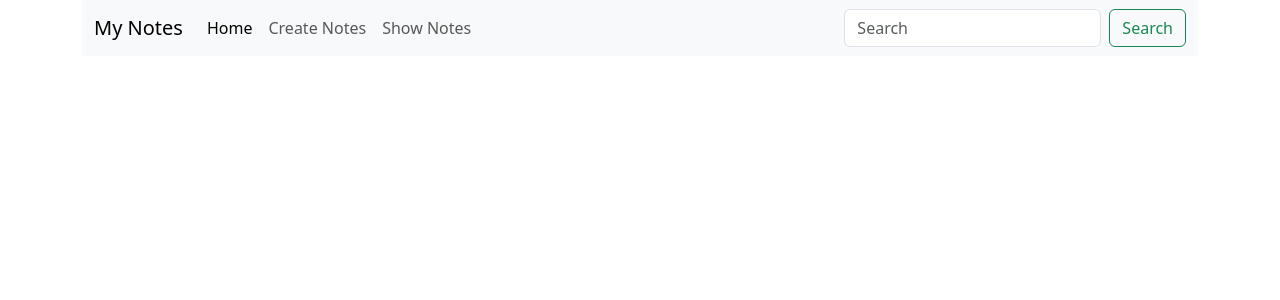
Repository: mrking14/Advance-Java-Projects
Page: http://localhost/NoteTaker/
These files come from the project's save history. The page is drawn as it stood at one moment and after the next save; the edit follows.
The browser window is 1280 px wide. The pictures show the whole page.
The page is served by Tomcat 9.

Above is the page before, as saved 2023-06-25 09:14:11.

After the next save:
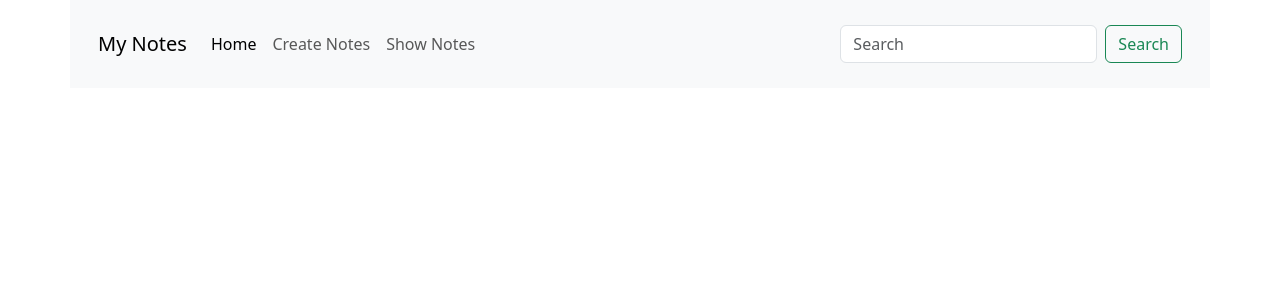
Saved 18 s later.
--- a/NoteTaker/src/main/webapp/index.jsp
+++ b/NoteTaker/src/main/webapp/index.jsp
@@ -10,7 +10,7 @@
     <link href="https://cdn.jsdelivr.net/npm/bootstrap@5.3.0/dist/css/bootstrap.min.css" rel="stylesheet" integrity="sha384-9ndCyUaIbzAi2FUVXJi0CjmCapSmO7SnpJef0486qhLnuZ2cdeRhO02iuK6FUUVM" crossorigin="anonymous">
   </head>
   <body>
-    <div class = "container">
+    <div class = "container text-bg-light p-3">
     <%@include file="navbar.jsp" %>
     </div>
 

After the save that followed:
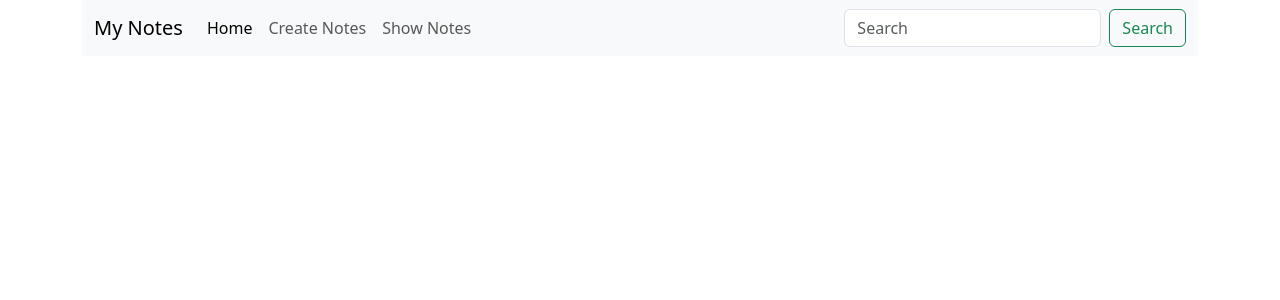
Saved 10 s later.
--- a/NoteTaker/src/main/webapp/index.jsp
+++ b/NoteTaker/src/main/webapp/index.jsp
@@ -10,7 +10,7 @@
     <link href="https://cdn.jsdelivr.net/npm/bootstrap@5.3.0/dist/css/bootstrap.min.css" rel="stylesheet" integrity="sha384-9ndCyUaIbzAi2FUVXJi0CjmCapSmO7SnpJef0486qhLnuZ2cdeRhO02iuK6FUUVM" crossorigin="anonymous">
   </head>
   <body>
-    <div class = "container text-bg-light p-3">
+    <div class = "container ">
     <%@include file="navbar.jsp" %>
     </div>
 
